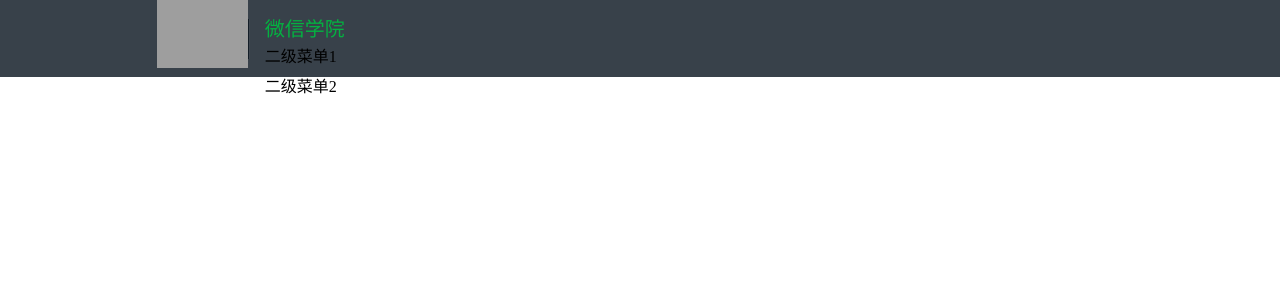
Repository: A1LExX/H5_study_set
Page: tencentUniversity/index.html
The author's editor kept a copy of each file at every save. The page is drawn from the files as they stood at one save, then again after the next save.
The browser window is 1280 px wide. The pictures show the whole page.
Pictures or frames that could not be fetched are drawn as grey boxes.

Above is the page before, as saved 2021-07-03 10:21:26.

After the next save:
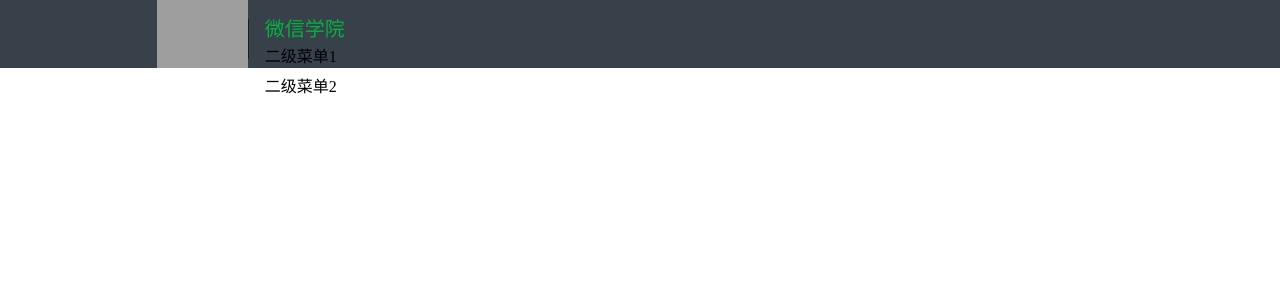
Saved 24 s later.
--- a/tencentUniversity/css/index.css
+++ b/tencentUniversity/css/index.css
@@ -2,7 +2,7 @@
  * @author [Alex Wei]
  * @email [w2262196@outlook.com]
  * @create date 2021-07-03 09:46:10
- * @modify date 2021-07-03 10:21:26
+ * @modify date 2021-07-03 10:21:50
  * @desc [description]
  */
 /* 版心 */
@@ -74,7 +74,7 @@ html,body{
 
 .downList ul{
     margin-top: 19px;
-    height: 58px;
+    height: 49px;
 }
 
 .downList li{
